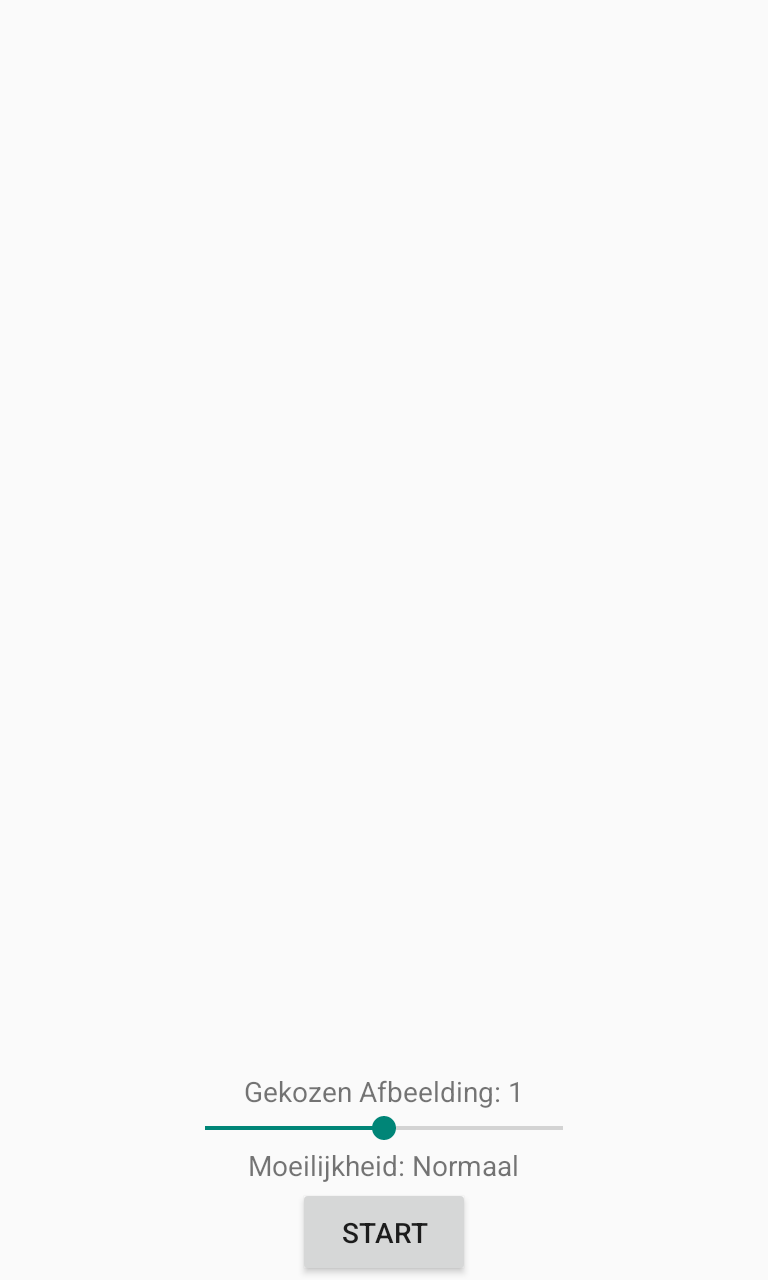
Repository: MarcSelles/nPuzzle10447768
Layout: NPuzzle10447768/res/layout/activity_main.xml
An editor plug-in stored every save of this project. The layout is shown before and after the next save, followed by the edit.
It is drawn on a 768 x 1280 px phone screen (xhdpi) without system bars, with theme AppTheme; the app's code is not run.

Above is the layout before, as saved 2014-12-04 13:44:00.

### NPuzzle10447768/res/layout/activity_main.xml
<LinearLayout xmlns:android="http://schemas.android.com/apk/res/android"
    xmlns:tools="http://schemas.android.com/tools"
    android:layout_width="match_parent"
    android:layout_height="match_parent"
    android:gravity="center_horizontal"
    android:orientation="vertical" >

    <ScrollView
        android:layout_width="wrap_content"
        android:layout_height="0dp"
        android:layout_weight="0.3" >
        <LinearLayout
            android:id="@+id/gallery1"
            android:layout_width="wrap_content"
            android:layout_height="wrap_content"
            android:orientation="vertical"
            />
    </ScrollView>

    <TextView
        android:id="@+id/textAfbeeldingNr"
        android:layout_width="wrap_content"
        android:layout_height="wrap_content"
        android:text="Gekozen Afbeelding: 1" />

    <SeekBar
        android:id="@+id/sliderMoeilijkheid"
        android:layout_width="211dp"
        android:layout_height="wrap_content"
        android:max="2"
        android:progress="1" />

    <TextView
        android:id="@+id/textMoeilijkheid"
        android:layout_width="wrap_content"
        android:layout_height="wrap_content"
        android:text="Moeilijkheid: Normaal" />

    <Button
        android:id="@+id/startButton"
        android:layout_width="wrap_content"
        android:layout_height="wrap_content"
        android:text="Start"
        android:onClick="toGame"/>

</LinearLayout>

Loaded but not shown: NPuzzle10447768/res/values/styles.xml (common file); NPuzzle10447768/res/values-v11/styles.xml (common file); NPuzzle10447768/res/values-v14/styles.xml (common file)

After the next save:
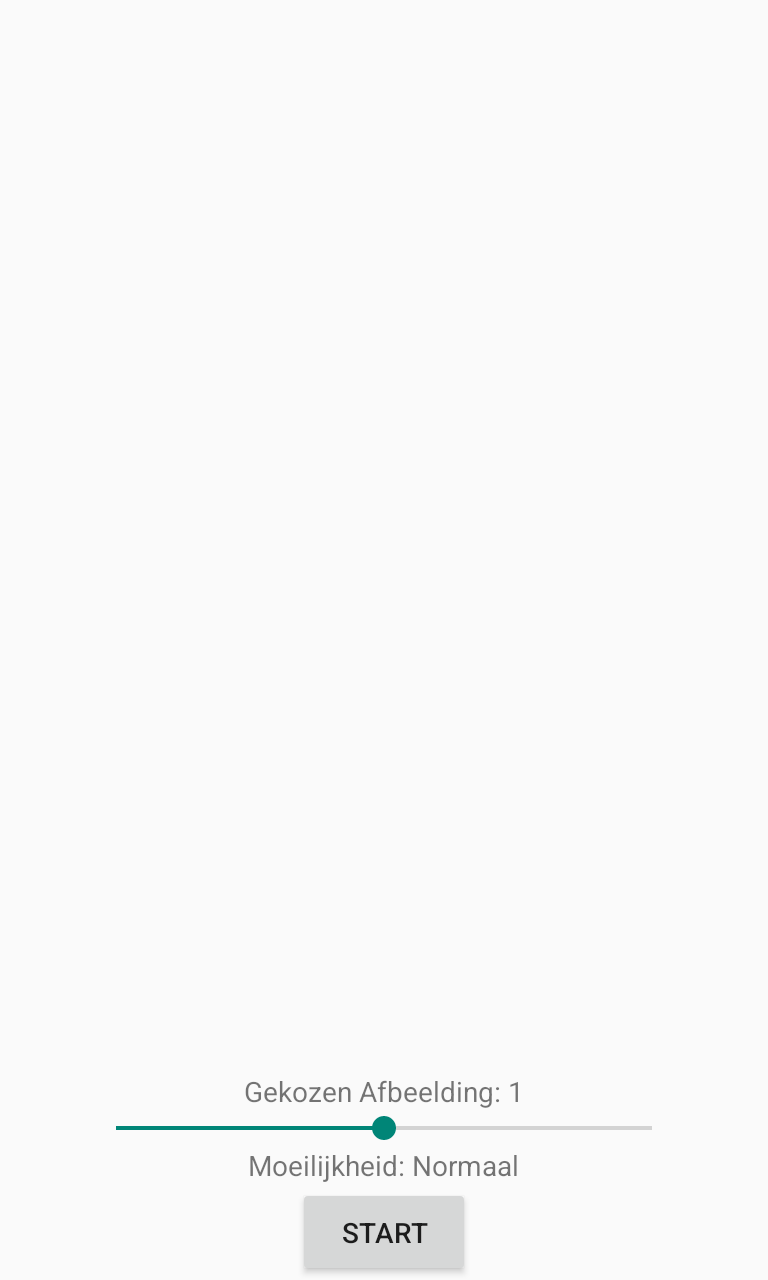
Saved 99 s later.
--- a/NPuzzle10447768/res/layout/activity_main.xml
+++ b/NPuzzle10447768/res/layout/activity_main.xml
@@ -25,7 +25,7 @@
 
     <SeekBar
         android:id="@+id/sliderMoeilijkheid"
-        android:layout_width="211dp"
+        android:layout_width="300dp"
         android:layout_height="wrap_content"
         android:max="2"
         android:progress="1" />
